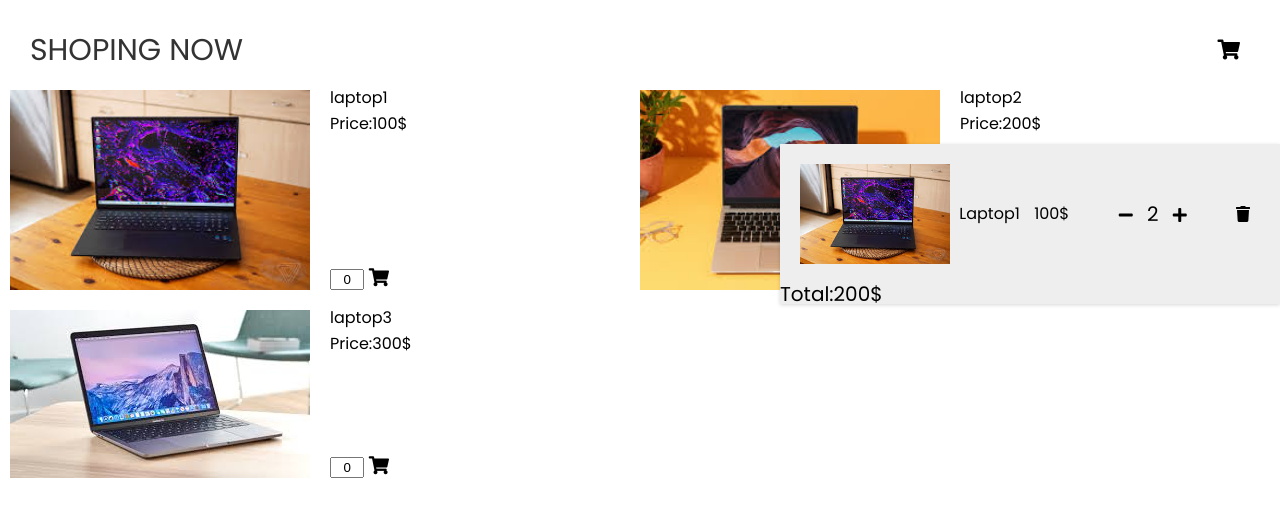
Repository: nttthao9/shopingcart
Page: index.html
These files come from the project's save history. The page is drawn as it stood at one moment and after the next save; the edit follows.
The browser window is 1280 px wide. The pictures show the whole page.
Some web libraries are served in a nearby version.

Above is the page before, as saved 2021-10-04 15:06:53.

### index.html
<!DOCTYPE html>
<html lang="en">

<head>
  <meta charset="UTF-8">
  <meta http-equiv="X-UA-Compatible" content="IE=edge">
  <meta name="viewport" content="width=device-width, initial-scale=1.0">
  <title>Shoping Cart</title>
  <link rel="preconnect" href="https://fonts.googleapis.com">
  <link rel="preconnect" href="https://fonts.gstatic.com" crossorigin>
  <link href="https://fonts.googleapis.com/css2?family=Poppins:wght@300;400;500;600&display=swap" rel="stylesheet">
  <link rel="stylesheet" href="https://cdnjs.cloudflare.com/ajax/libs/font-awesome/5.1.0-11/css/all.css"
    integrity="sha512-xO/VZFNBvip9IT+BD6Nq/pHdBvKeFcwygKqARlegjQ+5A68KsMSYrPbGP1oYow5ec9Tqq8peJXcn5J1bD4O00w=="
    crossorigin="anonymous" referrerpolicy="no-referrer" />
  <link rel="stylesheet" href="./styles/reset.css">
  <link rel="stylesheet" href="./styles/style.css">
</head>

<body>
  <div class="shoping">
    <div class="shoping-bar">
      <h2 class="shoping-title">Shoping now</h2>
      <div class="shoping-cart">
        <i class="fas fa-shopping-cart"></i>
      </div>
    </div>
    <div class="product-list">
      <!-- <div class="product-item">
        <img src="./images/laptop1.jpg" alt="" class="product-image">
        <div class="product-desc">
          <span class="product-name">Laptop1</span>
          <span>Price:<span class="product-price">100$</span></span>
          <div class="product-buy">
            <input type="number" name="" id="" class="product-count" value="0" min="0">
            <i class="fas fa-shopping-cart cart-icon"></i>
          </div>
        </div>
      </div> -->
    </div>
    <div class="cart active">
      <div class="cart-item">
        <img src="./images/laptop1.jpg" alt="" class="cart-image">
        <div class="cart-desc">
          <span>Laptop1</span>
          <span>100$</span>
        </div>
        <div class="cart-change">
          <i class="fas fa-minus minus-count"></i>
          <span class="count">2</span>
          <i class="fas fa-plus plus-count"></i>
        </div>
        <i class="fa fa-trash trash-icon"></i>
      </div>
      <div class="total">Total:<span class="total-price">200$</span></div>
    </div>
  </div>
  <script src="./main.js"></script>
</body>

</html>

### styles/style.css
* {
  box-sizing: border-box;
}
html {
  font-size: 62.5%;
}
image {
  display: block;
  max-width: 100%;
}
input::-webkit-outer-spin-button,
input::-webkit-inner-spin-button {
  -webkit-appearance: none;
  margin: 0;
}
input[type='number'] {
  -moz-appearance: textfield;
}
body {
  font-family: 'Poppins', sans-serif;
  line-height: 1;
  font-size: 1.6rem;
}
.shoping {
  padding: 1rem;
}
.shoping-bar {
  display: flex;
  align-items: center;
  justify-content: space-between;
  padding: 2rem;
}
.shoping-title {
  font-size: 3rem;
  color: #333;
  text-transform: uppercase;
}
.shoping-cart {
  font-size: 2rem;
  padding: 1rem;
  cursor: pointer;
}
.product-list {
  display: flex;
  justify-content: space-between;
  flex-wrap: wrap;
}
.product-item {
  width: 50%;
  display: flex;
  margin-bottom: 2rem;
}
.product-name {
  display: block;
  margin-bottom: 1rem;
}
.product-price {
  display: inline-block;
  margin-bottom: 1rem;
}
.product-desc {
  margin-left: 2rem;
  display: flex;
  flex-direction: column;
}
.product-count {
  width: 15%;
  text-align: center;
}
.product-buy {
  margin-top: auto;
}
.cart-icon {
  display: inline-block;
  font-size: 1.8rem;
  cursor: pointer;
  margin-right: 2rem;
}
.product-image {
  width: 30rem;
  overflow: hidden;
  -o-object-fit: cover;
  object-fit: cover;
}
.cart {
  position: fixed;
  top: 20%;
  right: 0;
  width: 50rem;
  background-color: #eee;
  box-shadow: rgba(0, 0, 0, 0.16) 0px 1px 4px;
  transform: translateX(100%);
}
.cart.active {
  transform: translateX(0);
}
.cart-image {
  width: 15rem;
}
.cart-desc span {
  display: inline-block;
  margin-right: 1rem;
}
.cart-desc,
.cart-change {
  margin-right: 2rem;
}
.cart-change i {
  padding: 0 1rem;
  cursor: pointer;
}
.cart-item {
  display: flex;
  align-items: center;
  justify-content: space-between;
  padding: 2rem;
}
.count {
  font-size: 2rem;
}
.total,
.total-price {
  font-size: 2rem;
}
.trash-icon {
  padding: 1rem;
  cursor: pointer;
}

### main.js
const listItem = [
  {
    id: 1,
    name: 'laptop1',
    image: './images/laptop1.jpg',
    price: 100,
  },
  {
    id: 2,
    name: 'laptop2',
    image: './images/laptop2.jpg',
    price: 200,
  },
  {
    id: 3,
    name: 'laptop3',
    image: './images/laptop3.jpg',
    price: 300,
  },
];

const nameProduct = listItem.map((item) => Object.values(item));
console.log(nameProduct);
window.addEventListener('load', function () {
  const productList = document.querySelector('.product-list');
  const productId = listItem.map((item) => item.id);
  console.log(productId);
  const productName = listItem.map((item) => item.name);
  console.log(productName);
  const productPrice = listItem.map((item) => item.price);
  console.log(productPrice);
  function createProductItem(name, productName, productPrice) {
    const template = `<div class="product-item">
    <img src="./images/${name}.jpg" alt="" class="product-image">
    <div class="product-desc">
      <span class="product-name">${productName}</span>
      <span>Price:<span class="product-price">${productPrice}$</span></span>
      <div class="product-buy">
        <input type="number" name="" id="" class="product-count" value="0" min="0">
        <i class="fas fa-shopping-cart cart-icon"></i>
      </div>
    </div>
    </div>`;
    productList.insertAdjacentHTML('beforeend', template);
  }
  for (let i = 0; i < listItem.length; i++) {
    createProductItem(productName[i], productName[i], productPrice[i]);
  }
});

Loaded but not shown: styles/reset.css (common file)

After the next save:
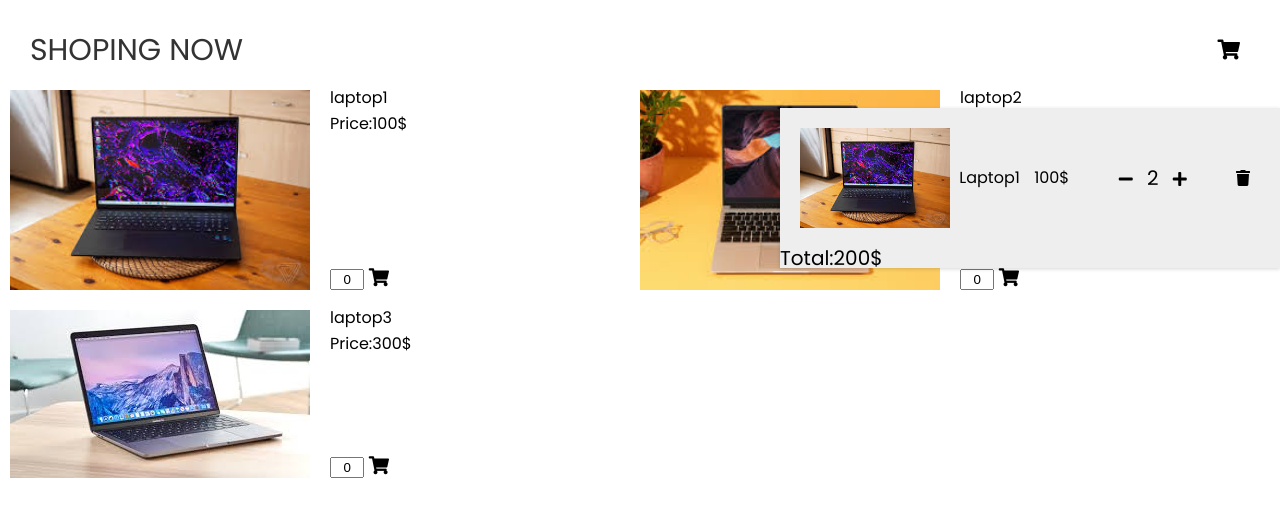
Saved 28 s later.
--- a/styles/style.css
+++ b/styles/style.css
@@ -84,12 +84,13 @@ body {
 }
 .cart {
   position: fixed;
-  top: 20%;
+  top: 15%;
   right: 0;
   width: 50rem;
   background-color: #eee;
   box-shadow: rgba(0, 0, 0, 0.16) 0px 1px 4px;
   transform: translateX(100%);
+  transition: transform 0.25s linear;
 }
 .cart.active {
   transform: translateX(0);
